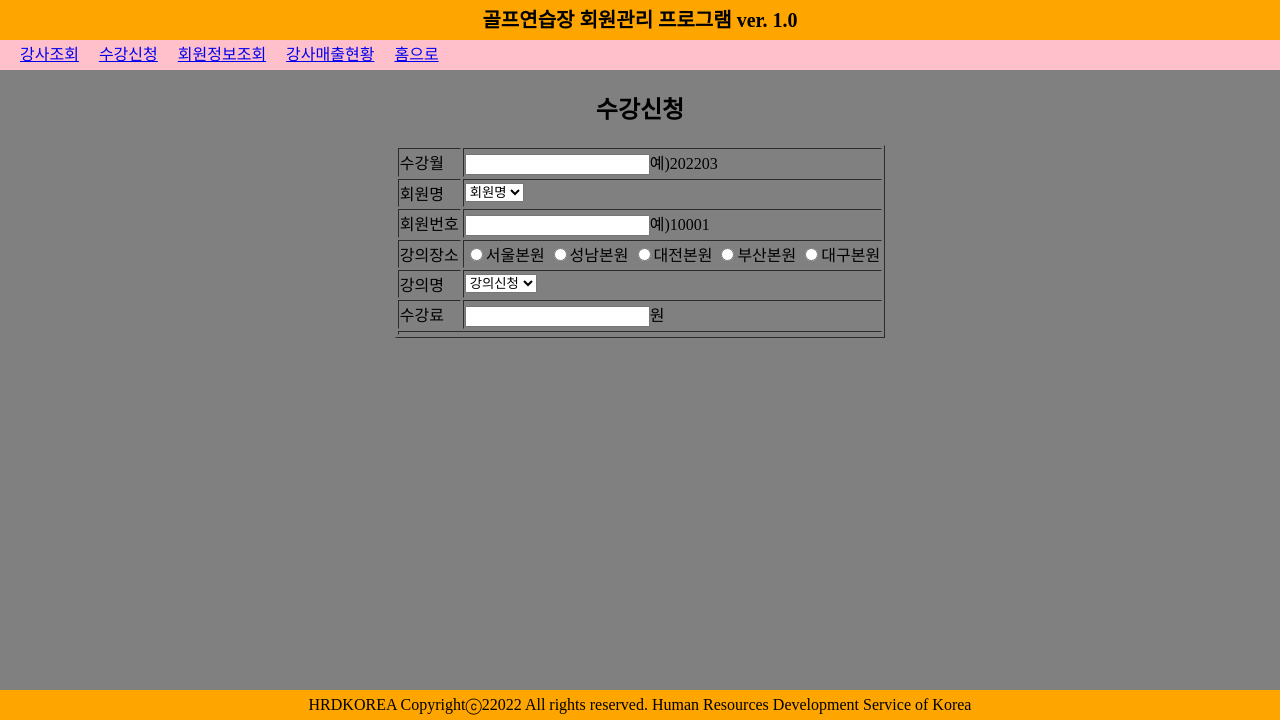
Repository: leesuyeon116/HRD_3
Page: http://localhost/HRD_0505/insert.jsp
An editor plug-in stored every save of this project. The page is shown before and after the next save, followed by the edit.
The browser window is 1280 px wide. The pictures show the whole page.
The page is served by Tomcat 9.

Above is the page before, as saved 2024-05-05 10:31:46.
Console error: SyntaxError: Unexpected end of input

After the next save:
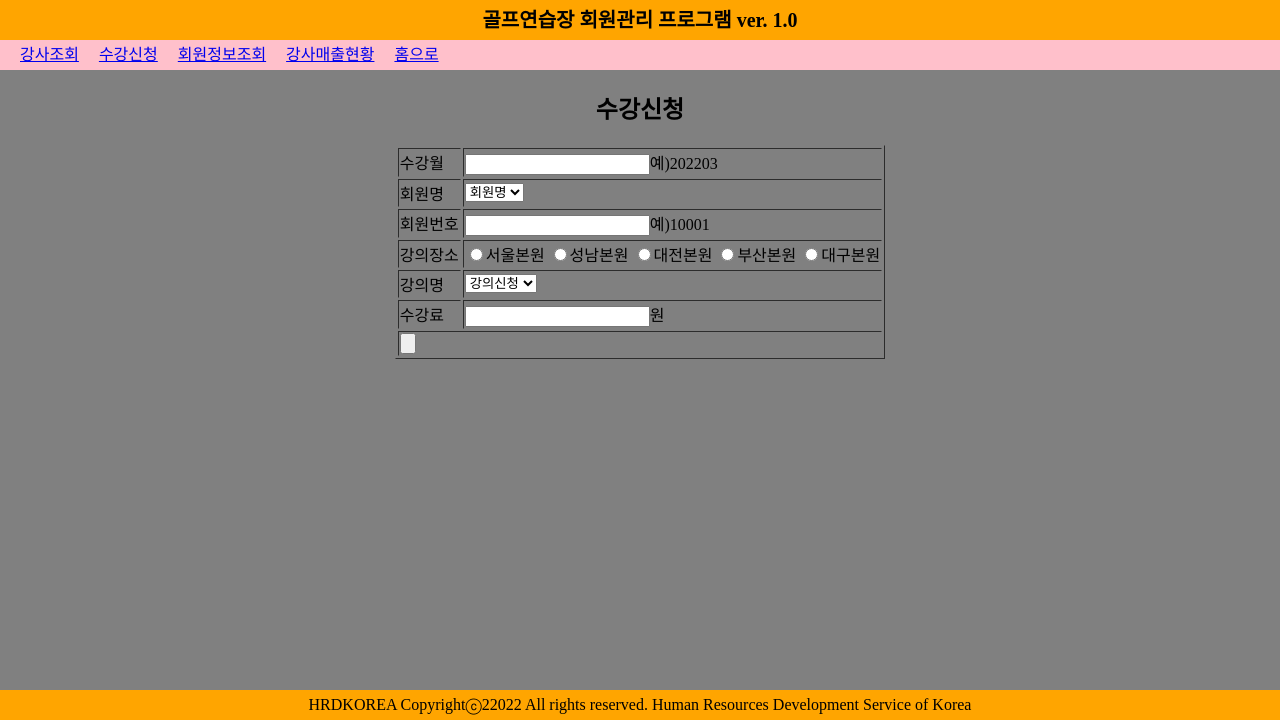
Saved 31 s later.
--- a/workspace/HRD_0505/src/main/webapp/insert.jsp
+++ b/workspace/HRD_0505/src/main/webapp/insert.jsp
@@ -68,7 +68,7 @@
 
 			<tr>
 				<td colspan="2">
-
+					<input type="button">
 				</td>
 			</tr>
 		</table>
